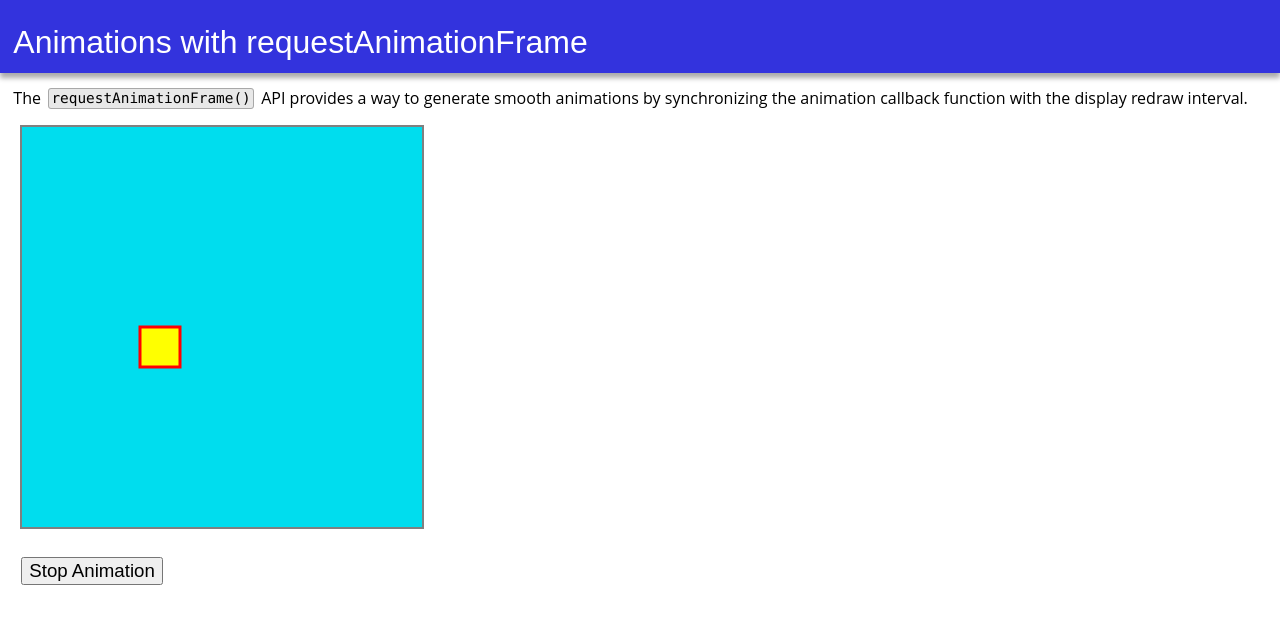
Repository: craig-o-curtis/browser-apis
Page: pages/animation.html
An editor plug-in stored every save of this project. The page is shown before and after the next save, followed by the edit.
The browser window is 1280 px wide. The pictures show the whole page.

Above is the page before, as saved 2020-05-14 11:01:24.

After the next save:
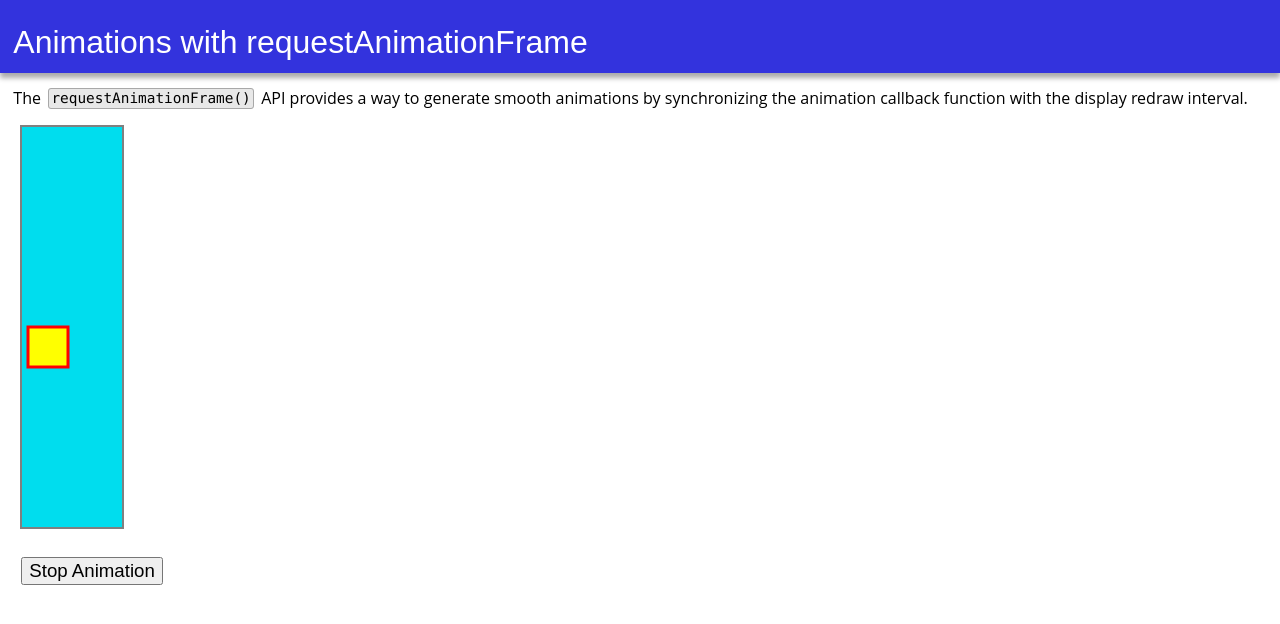
Saved 15 s later.
--- a/pages/animation.html
+++ b/pages/animation.html
@@ -10,7 +10,7 @@
         <div id="content">
             <p>The <code>requestAnimationFrame()</code> API provides a way to generate smooth animations by
                 synchronizing the animation callback function with the display redraw interval.</p>
-            <canvas width="400" height="400" id="canvas1">
+            <canvas width="100%" height="400" id="canvas1">
                 Your browser does not support the Canvas element
             </canvas>
             <p>

After the save that followed:
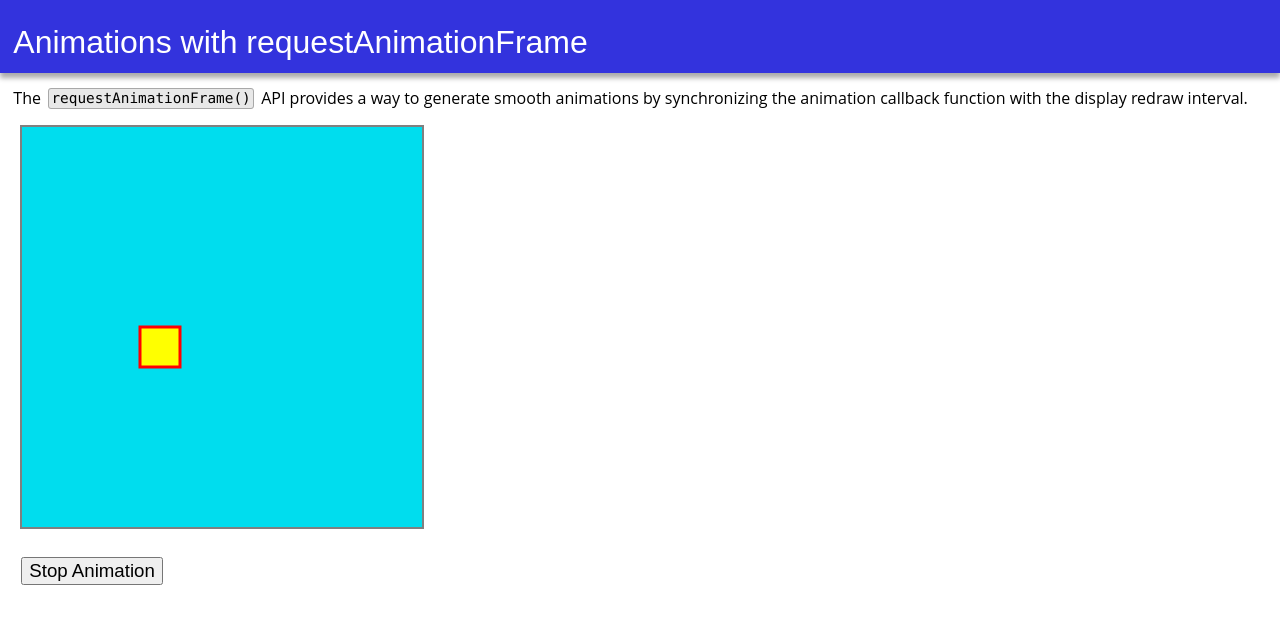
Saved 8 s later.
--- a/pages/animation.html
+++ b/pages/animation.html
@@ -10,7 +10,7 @@
         <div id="content">
             <p>The <code>requestAnimationFrame()</code> API provides a way to generate smooth animations by
                 synchronizing the animation callback function with the display redraw interval.</p>
-            <canvas width="100%" height="400" id="canvas1">
+            <canvas width="400" height="400" id="canvas1">
                 Your browser does not support the Canvas element
             </canvas>
             <p>
